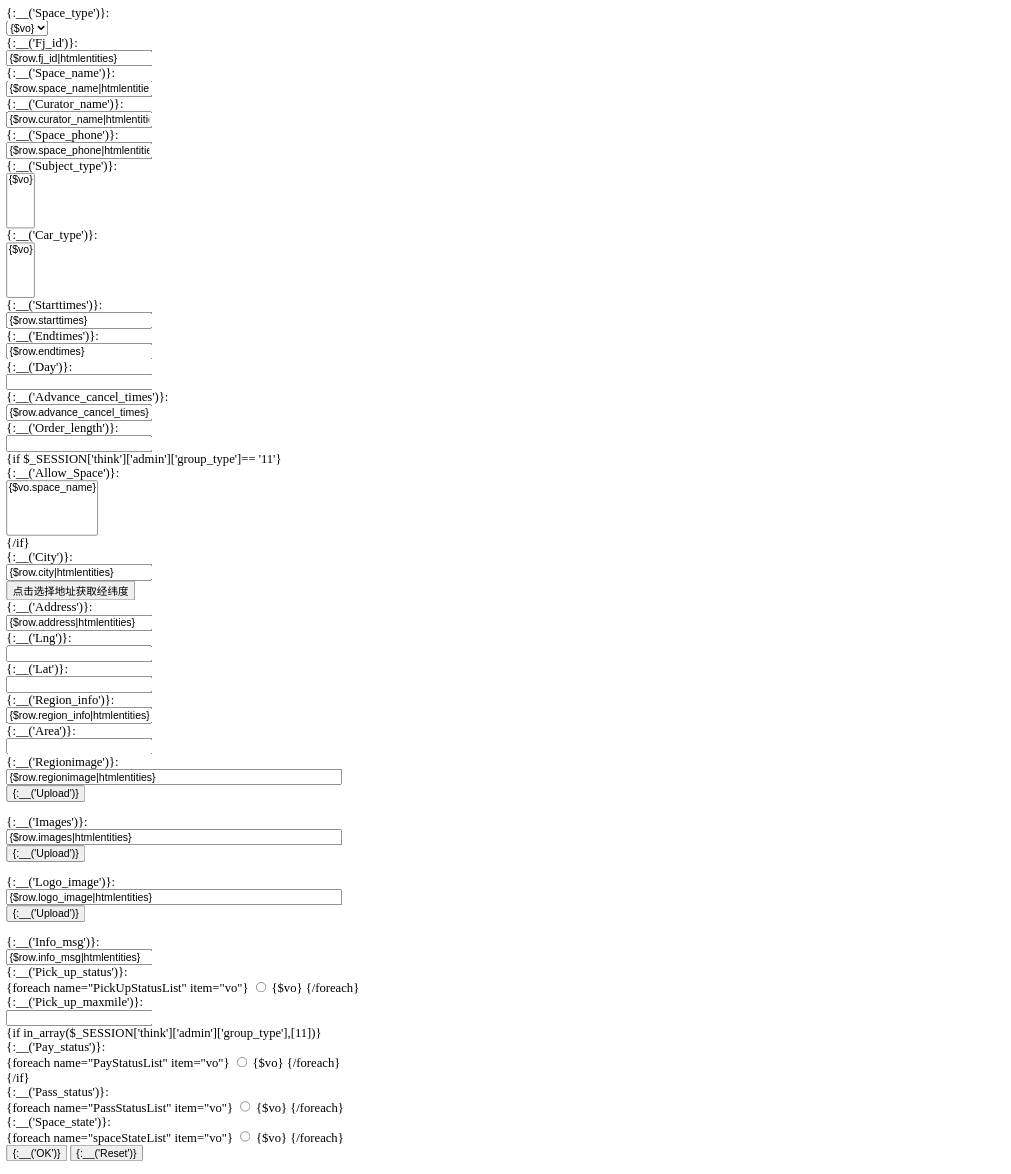
Repository: Akarin-Akari/xiaomaguantest
Page: application/admin/view/spaceconfig/space/edit.html
These files come from the project's save history. The page is drawn as it stood at one moment and after the next save; the edit follows.
The browser window is 1280 px wide. The pictures show the whole page, at 79% of full size.

Above is the page before, as saved 2024-01-25 17:04:40.

After the next save:
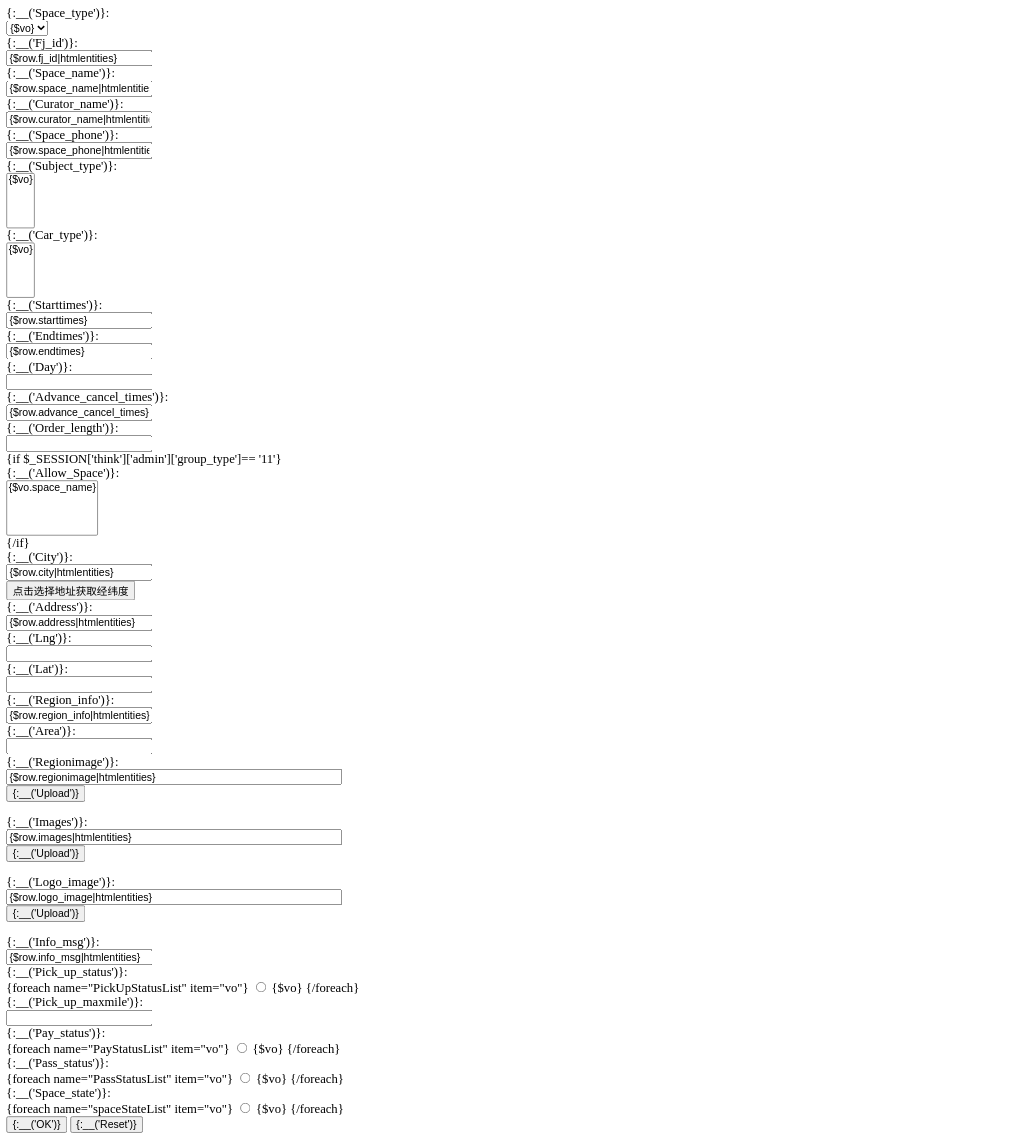
Saved 2 min 53 s later.
--- a/application/admin/view/spaceconfig/space/edit.html
+++ b/application/admin/view/spaceconfig/space/edit.html
@@ -259,7 +259,7 @@
         </div>
     </div>
 
-    {if in_array($_SESSION['think']['admin']['group_type'],[11])}
+    <!-- {if in_array($_SESSION['think']['admin']['group_type'],[11])} -->
     <div class="form-group">
         <label class="control-label col-xs-12 col-sm-2">{:__('Pay_status')}:</label>
         <div class="col-xs-12 col-sm-8">
@@ -270,7 +270,7 @@
             </div>
         </div>
     </div>
-    {/if}
+    <!-- {/if} -->
 
     <div class="form-group">
         <label class="control-label col-xs-12 col-sm-2">{:__('Pass_status')}:</label>
